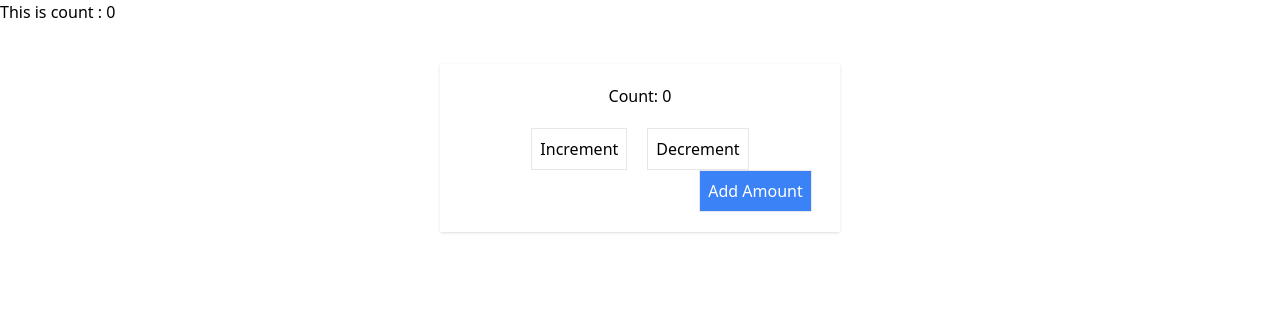
Repository: hoang0508/Learn-Redux-Evon
Page: /
These files come from the project's save history. The page is drawn as it stood at one moment and after the next save; the edit follows.
The browser window is 1280 px wide. The pictures show the whole page.
The project was rebuilt for these pictures with package versions that can differ from the ones it lists, and the page was loaded fresh each time. Also part of the build but not shown: src/App.css.

Above is the page before, as saved 2022-06-16 10:32:42.

### src/index.js
import React from "react";
import { createRoot } from "react-dom/client";
import App from "./App";
import reportWebVitals from "./reportWebVitals";
import "./index.css";
import { Provider } from "react-redux";
import store from "./redux/configureStore";

const container = document.getElementById("root");
const root = createRoot(container);

root.render(
  <React.StrictMode>
    <Provider store={store}>
      <App />
    </Provider>
  </React.StrictMode>
);

// If you want to start measuring performance in your app, pass a function
// to log results (for example: reportWebVitals(console.log))
// or send to an analytics endpoint. Learn more: https://bit.ly/CRA-vitals
reportWebVitals();

### src/App.js
import React, { useState } from "react";
import { useSelector } from "react-redux";
import "./App.css";
import Counter from "./components/Counter";

function App() {
  const count = useSelector((state) => state.counter.count);
  return (
    <>
      <h2>This is count : {count}</h2>
      <Counter />
    </>
  );
}

export default App;

### src/redux/configureStore.js
import { createStore, combineReducers } from "redux";
import counterReducer from "./counter";

const reducer = combineReducers({
  // key: value
  counter: counterReducer,
});

const store = createStore(reducer);
export default store;

### src/components/Counter.js
import React, { useState } from "react";
import { useDispatch, useSelector } from "react-redux";
import { decrement, increment } from "../redux/counter";

const Counter = (props) => {
  const [incrementAmount, setIncrementAmount] = useState(2);
  const count = useSelector((state) => state.counter.count);
  const dispatch = useDispatch();
  const handleIncrement = () => {
    // setCount(() => count + 1);
    dispatch(increment());
  };
  const handleDecrement = () => {
    // setCount(() => count - 1);
    dispatch(decrement());
  };
  return (
    <div className="flex flex-col items-center p-5 bg-white shadow w-[400px] mx-auto mt-10">
      <h2 className="mb-5">Count: {count}</h2>
      <div className="flex justify-center items-center gap-x-5">
        <button
          className="inline-block border-gray-200 p-2 border"
          onClick={handleIncrement}
        >
          Increment
        </button>
        <button
          className="inline-block border-gray-200 p-2 border"
          onClick={handleDecrement}
        >
          Decrement
        </button>
      </div>
      <div>
        <input
          type="text"
          onChange={(e) => setIncrementAmount(e.target.value)}
        />
        <button className="inline-block border-gray-200 p-2 border bg-blue-500 text-white">
          Add Amount
        </button>
      </div>
    </div>
  );
};

export default Counter;

### src/redux/counter.js
const INCREMENT = "increment";
const DECREMENT = "decrement";

const initialState = {
  count: 0,
};

export const increment = () => ({
  type: INCREMENT,
});

export const decrement = () => ({
  type: DECREMENT,
});

function counterReducer(state = initialState, action) {
  switch (action.type) {
    case INCREMENT:
      return {
        ...state,
        count: state.count + 1,
      };

    case DECREMENT:
      return {
        ...state,
        count: state.count - 1,
      };

    default:
      return state;
  }
}

export default counterReducer;

Loaded but not shown: public/index.html (common file); src/reportWebVitals.js (common file); src/index.css (common file); tailwind.config.js (common file)

After the next save:
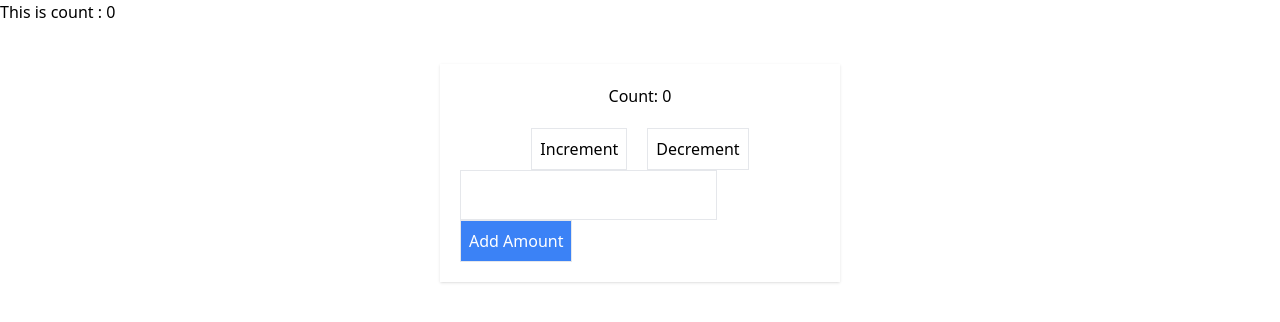
Saved 24 s later.
--- a/src/components/Counter.js
+++ b/src/components/Counter.js
@@ -33,6 +33,7 @@ const Counter = (props) => {
       </div>
       <div>
         <input
+          className="border border-gray-200 p-3"
           type="text"
           onChange={(e) => setIncrementAmount(e.target.value)}
         />
